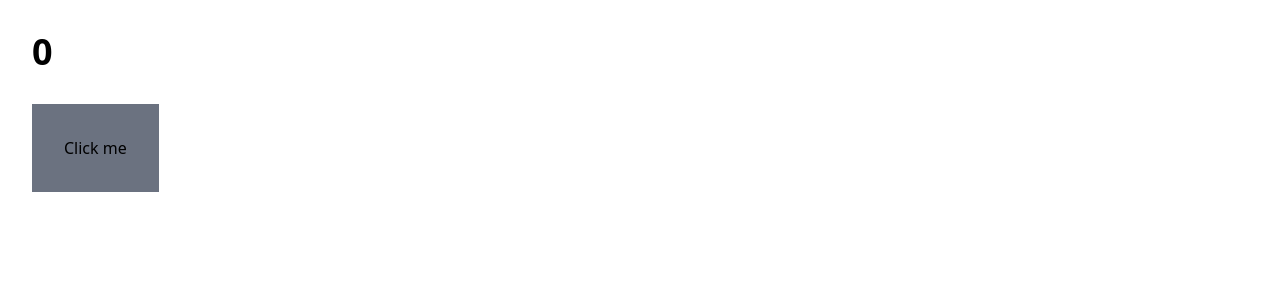
Repository: theanmol-raj/GoogleKeepCloneTutorial
Page: /
An editor plug-in stored every save of this project. The page is shown before and after the next save, followed by the edit.
The browser window is 1280 px wide. The pictures show the whole page.
The project was rebuilt for these pictures with package versions that can differ from the ones it lists, and the page was loaded fresh each time. Also part of the build but not shown: src/Components/Navbar.jsx.

Above is the page before, as saved 2022-08-29 20:41:12.

### public/index.html
<!DOCTYPE html>
<html lang="en">
  <head>
    <meta charset="utf-8" />
    <link rel="icon" href="%PUBLIC_URL%/favicon.ico" />
    <meta name="viewport" content="width=device-width, initial-scale=1" />
    <meta name="theme-color" content="#000000" />
    <meta
      name="description"
      content="Web site created using create-react-app"
    />
    <link rel="apple-touch-icon" href="%PUBLIC_URL%/logo192.png" />
    <!--
      manifest.json provides metadata used when your web app is installed on a
      user's mobile device or desktop. See https://developers.google.com/web/fundamentals/web-app-manifest/
    -->

    <!--
      Notice the use of %PUBLIC_URL% in the tags above.
      It will be replaced with the URL of the `public` folder during the build.
      Only files inside the `public` folder can be referenced from the HTML.

      Unlike "/favicon.ico" or "favicon.ico", "%PUBLIC_URL%/favicon.ico" will
      work correctly both with client-side routing and a non-root public URL.
      Learn how to configure a non-root public URL by running `npm run build`.
    -->
    <title>Google Keep Clone</title>
  </head>
  <body>
    <noscript>You need to enable JavaScript to run this app.</noscript>
    <div id="root"></div>
    <!--
      This HTML file is a template.
      If you open it directly in the browser, you will see an empty page.

      You can add webfonts, meta tags, or analytics to this file.
      The build step will place the bundled scripts into the <body> tag.

      To begin the development, run `npm start` or `yarn start`.
      To create a production bundle, use `npm run build` or `yarn build`.
    -->
  </body>
</html>

### src/App.js
import Homescreen from "./Screens/Homescreen";


function App() {
  return (
    <div className="App">
      <Homescreen />
    </div>
  );
}

export default App;

### src/Screens/Homescreen.jsx
import React, { useState } from 'react'
import Navbar from '../Components/Navbar';

function Homescreen() {
  let [temp,setTemp] = useState(0) ;

  function Adder(){
    setTemp(temp + 1) ;
    console.log(temp)
  }

  function Adder2(){
    temp += 1;
    console.log(temp)
  }

  return (
    <div className=' m-8'>
        {/* <Navbar /> */}
        <p className=' mb-8 font-black text-4xl'>{temp}</p>
        <button onClick={Adder} className=' bg-gray-500 p-8 '>Click me</button>
    </div>
  )
}

export default Homescreen;

Loaded but not shown: src/index.js (common file); src/index.css (common file); tailwind.config.js (common file)

After the next save:
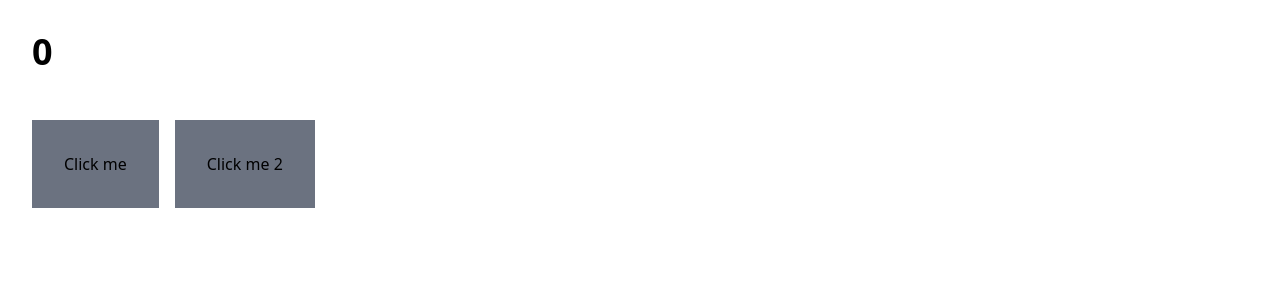
Saved 15 s later.
--- a/src/Screens/Homescreen.jsx
+++ b/src/Screens/Homescreen.jsx
@@ -19,6 +19,7 @@
         {/* <Navbar /> */}
         <p className=' mb-8 font-black text-4xl'>{temp}</p>
         <button onClick={Adder} className=' bg-gray-500 p-8 '>Click me</button>
+        <button onClick={Adder2} className=' bg-gray-500 p-8 m-4 '>Click me 2</button>
     </div>
   )
 }
